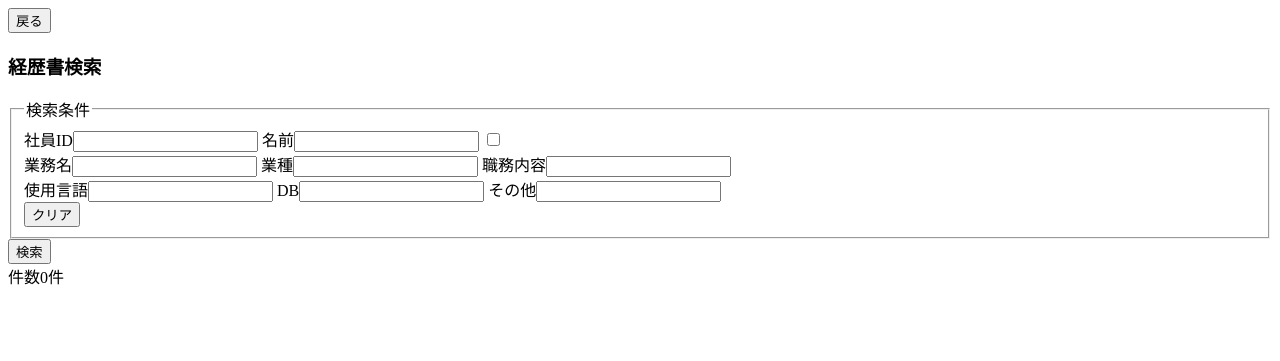
Repository: nguyenvantandev/WebApp
Page: http://localhost/EmployeeInfoSystem/ResumeSearch.jsp
An editor plug-in stored every save of this project. The page is shown before and after the next save, followed by the edit.
The browser window is 1280 px wide. The pictures show the whole page.
Some web libraries are served in a nearby version. The page is served by Tomcat 9.

Above is the page before, as saved 2016-06-13 05:14:45.

After the next save:
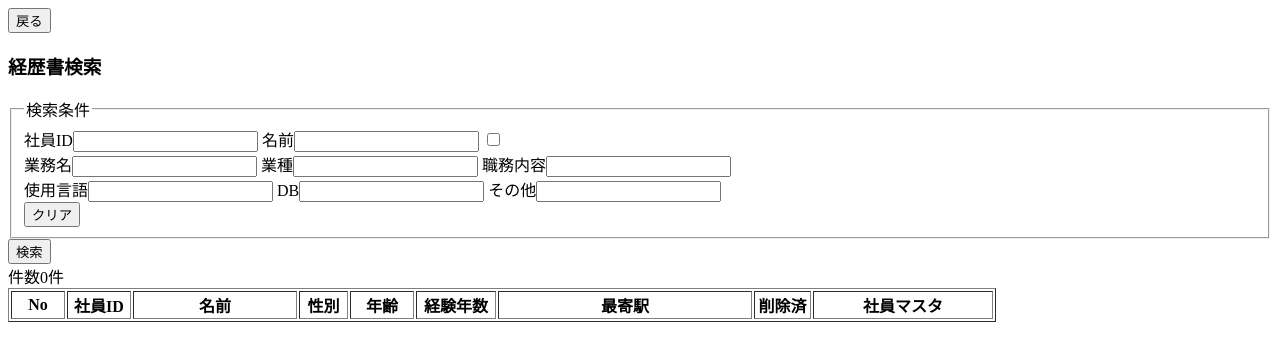
Saved 59 s later.
--- a/EmployeeInfoSystem/WebContent/ResumeSearch.jsp
+++ b/EmployeeInfoSystem/WebContent/ResumeSearch.jsp
@@ -29,7 +29,55 @@
 </fieldset>
 <input type="button" id="kensaku" name="kensaku" value="検索"><br>
 <label>件数0件</label><br>
+			<div id="list">
+				<table id="table" border="1">
+					<thead>
+						<tr>
+							<th style="width: 50px" align="center">No</th>
+							<th style="width: 60px" align="center">社員ID</th>
+							<th  style="width: 160px" align="center">名前</th>
+							<th style="width: 45px" align="center">性別</th>
+							<th style="width: 60px" align="center">年齢</th>
+							<th style="width: 76px" align="center">経験年数</th>
+							<th style="width: 250px" align="center">最寄駅</th>
+							<th style="width: 53px" align="center">削除済</th>
+							<th style="width: 176px" align="center">社員マスタ</th>
+						</tr>
+					</thead>
+					<tbody>
+					<c:forEach var="row" items="${memberList}">
+							<tr>
+								<td style="width: 50px" align="center"><c:out value="${row.num}"/></td>
+								<td style="width: 60px" align="center"><c:out value="${row.shainid}"></c:out></td>
+								<td style="width: 160px" align="center"><c:out value="${row.namae}"></c:out></td>
+								<td style="width: 45px" align="center"><c:out value="${row.sebetsu}"></c:out></td>
+								<td style="width: 60px" align="center"><c:out value="${row.nenrei}"></c:out></td>
+								<td style="width: 76px" align="center"><c:out value="${row.keikennensuu}"></c:out></td>
+								<td style="width: 250px" align="center"><c:out value="${row.saiyorieki}"></c:out></td>
+								<td style="width: 53px" align="center"><c:out value="${row.sakujosumi}"></c:out></td>
+								<td style="width: 176px" align="center">
+								<input type="button" id="ShainMaster${row.num}" name="ShainMaster" value="参照／編集" onclick="shainmaster_click(this)" style="height: 30px; width: 90px;">
+								<input type="button" id="Sakujo${row.num}" name="Sakujo" value="削除" onclick="sakujo_click(this)" style="height: 30px; width: 70px;">
+								</td>
+								<td style="width: 117px" align="center">
+								<input type="button" id="GijutsushikakuMaster${row.num}" name="GijutsushikakuMaster" value="参照／編集" onclick="GijutsushikakuMaster_click(this)" style=" height: 31px; width: 109px;">
+								</td>
+								<td style="width: 110px" align="center">
+								<input type="button" id="GijitsushaKerekisho${row.num}" name="GijitsushaKerekisho" value="参照" onclick="GijitsushaKerekisho_click(this)" style=" height: 31px; width: 104px;">
+								</td>
 
+							</tr>
+						</c:forEach>
+
+					</tbody>
+				</table>
+				<input type="hidden" id="serverErrorMs" name="serverErrorMs" value="<%=request.getAttribute("serverErrorMs")%>">
+				<input type="hidden" id="shainmasterButton" name="shainmasterButton" value="<%=request.getAttribute("shainmasterButton")%>">
+				<input type="hidden" id="sakujoButton" name="sakujoButton" value="<%=request.getAttribute("sakujoButton")%>">
+				<input type="hidden" id="sakujoMes" name="sakujoMes" value="<%=request.getAttribute("sakujoMes")%>">
+				<input type="hidden" id="GijutsushikakuMasterButton" name="GijutsushikakuMasterButton" value="<%=request.getAttribute("GijutsushikakuMasterButton")%>">
+				<input type="hidden" id="GijitsushaKerekishoButton" name="GijitsushaKerekishoButton" value="<%=request.getAttribute("GijitsushaKerekishoButton")%>">
+			</div>
 </form>
 
 </body>
